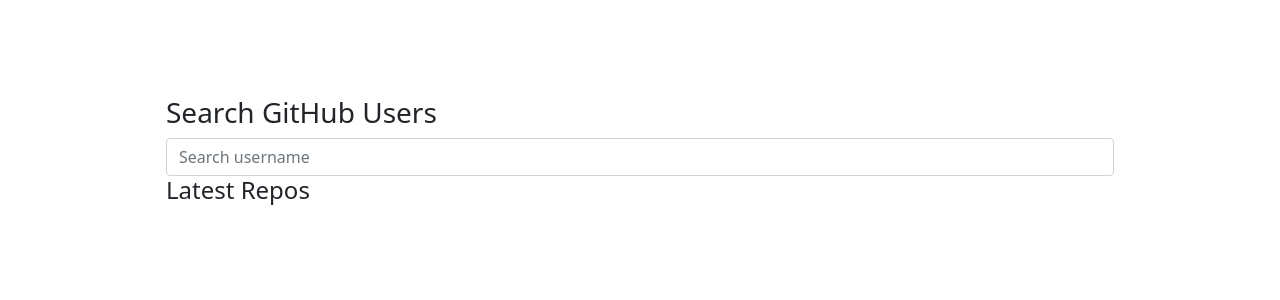
Repository: just-mann/github-finder.github.io
Page: index.html
The author's editor kept a copy of each file at every save. The page is drawn from the files as they stood at one save, then again after a run of saves.
The browser window is 1280 px wide. The pictures show the whole page.
Some web libraries are served in a nearby version.

Above is the page before, as saved 2021-04-18 06:07:18.

### index.html
<!DOCTYPE html>
<html lang="en">
<head>
  <meta charset="UTF-8">
  <meta name="viewport" content="width=device-width, initial-scale=1.0">
  <title>GitHub Finder</title>
  <link rel="stylesheet" href="https://stackpath.bootstrapcdn.com/bootstrap/5.0.0-alpha1/css/bootstrap.min.css" integrity="sha384-r4NyP46KrjDleawBgD5tp8Y7UzmLA05oM1iAEQ17CSuDqnUK2+k9luXQOfXJCJ4I" crossorigin="anonymous">
  <script src="https://cdn.jsdelivr.net/npm/popper.js@1.16.0/dist/umd/popper.min.js" integrity="sha384-Q6E9RHvbIyZFJoft+2mJbHaEWldlvI9IOYy5n3zV9zzTtmI3UksdQRVvoxMfooAo" crossorigin="anonymous"></script>
  <script src="https://stackpath.bootstrapcdn.com/bootstrap/5.0.0-alpha1/js/bootstrap.min.js" integrity="sha384-oesi62hOLfzrys4LxRF63OJCXdXDipiYWBnvTl9Y9/TRlw5xlKIEHpNyvvDShgf/" crossorigin="anonymous"></script>
  <script type = "text/javascript" src = "https://ajax.googleapis.com/ajax/libs/jquery/2.1.3/jquery.min.js"></script>
  <!-- <script src="/bootstrap.min.css"></script> -->
  <link rel="stylesheet" href="./styles.css">
</head>
<body>
    <div class="container p-5">
        <div class="container-fluid p-5">
            <h3>Search GitHub Users</h3>
            <input class='form-control' type="text" placeholder="Search username" id="searchUser" />
            <div id="profile"></div>
            <h4 cl>Latest Repos</h4>
            <div id="repo"></div>
        </div>
    </div>
    <script src='https://code.jquery.com/jquery-3.6.0.js' integrity="sha256-H+K7U5CnXl1h5ywQfKtSj8PCmoN9aaq30gDh27Xc0jk="
    crossorigin="anonymous"></script>
    <script src="./script.js"></script>
</body>
</html>

### styles.css
* {
    padding: 0;
    margin: 0;
    box-sizing: border-box;
}

.avatar {
    width: 100%;
}

### script.js
// console.log('Script works!!!');

// var dogs = {
//     Fido: "Mutt",  Hunter: "Doberman",  Snoopie: "Beagle"
// };

// console.log(dogs.Fido);


// var testObj = {
//     12: "Namath",
//     16: "Montana",
//     19: "Unitas"
// };

// console.log(testObj);


$(() => {

    $('#searchUser').on('keyup', (e) => {
        let username = e.target.value;
        $.ajax({
            url: `https://api.github.com/users/`+username,
            data: {
                client_id: 'a84e4d99766578be9ef4',
                client_secret: '0b7122e1b593e3d5c8035fcdacc4c0b85d75b1f4'
            }
        }).done((user) => {
            $.ajax({
                url: `https://api.github.com/users/`+username+'/repos',
                data: {
                     client_id: 'a84e4d99766578be9ef4',
                     client_secret: '0b7122e1b593e3d5c8035fcdacc4c0b85d75b1f4',
                     sort: 'created: asc',
                     per_page: 5
                }
            }).done((repos) => {
                $.each(repos, (index, repo) => {
                    $('#repo').append(`
                        <div class="well">
                            <div class="row">
                                <div class="col-md-7">
                                    <strong>${repo.name}</strong>: ${repo.description}
                                </div>
                                <div class="col-md-3">
                                    <span class="label label-default">Forks: ${repo.fork_count}</span>
                                    <span class="label label-primary">Watchers: ${repo.watchers_count}</span>
                                    <span class="label label-success">Stars: ${repo.stargazers_count}</span>
                                </div>
                                <div class="col-md-2">
                                    <a href=${repo.html_url} target='_blank' class="btn btn-secondary">Repo Page</a>
                                </div>
                            </div>
                        </div>
                    `)
                })
            })
            $('#profile').html(`
                <div class="panel-panel-default">
                    <div class="panel-heading">
                        <div class="panel-title">
                            <h3>${user.name}</h3>
                        </div>
                    </div>
                    <div class="panel-body">
                        <div class="row">
                                <div class="col-md-3">
                                    <img src=${user.avatar_url} alt="userImg" class="thumbnail avatar"/>
                                    <a target='_blank' class="btn btn-primary btn-block my-2">View Profile</a>
                                </div>
                                <div class="col-md-9">
                                    <span class="label label-default">Public Repos: ${user.public_repos}</span>
                                    <span class="label label-primary">Public Gists: ${user.public_gists}</span>
                                    <span class="label label-success">Followers: ${user.followers}</span>
                                    <span class="label label-info">Following: ${user.following}</span>
                                    <br/><br/>
                                    <ul class="list-group">
                                        <li class="list-group-item">${user.company}</li>
                                        <li class="list-group-item">${user.blog}</li>
                                        <li class="list-group-item">${user.location}</li>
                                        <li class="list-group-item">${user.created_at}</li>
                                    </ul>
                                </div>
                        </div>
                    </div>
                </div>
            `)
        })
    })
});

After the next 7 saves:
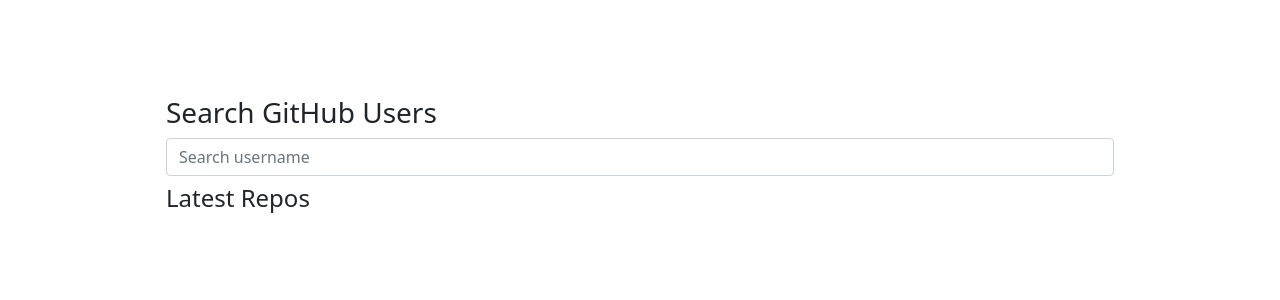
The 7 saves are shown as one change because they came seconds apart.
The last was saved 8 s later.
--- a/index.html
+++ b/index.html
@@ -17,7 +17,7 @@
             <h3>Search GitHub Users</h3>
             <input class='form-control' type="text" placeholder="Search username" id="searchUser" />
             <div id="profile"></div>
-            <h4 cl>Latest Repos</h4>
+            <h4 class='my-2'>Latest Repos</h4>
             <div id="repo"></div>
         </div>
     </div>
